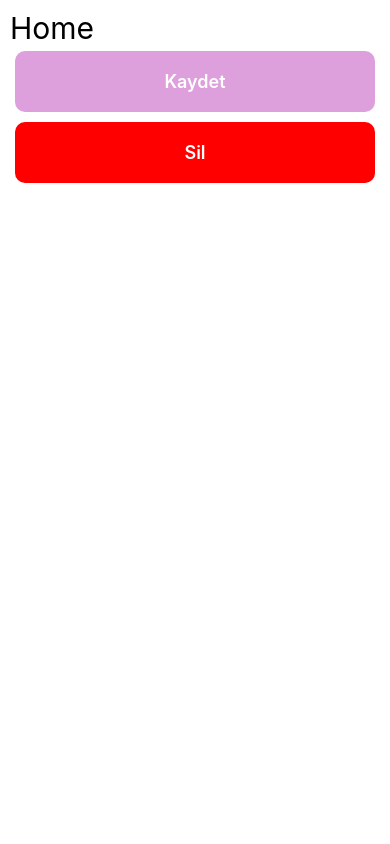
Repository: Kubraaygun/ReactNativeMVVM
Screen: /
These files come from the project's save history. The screen is drawn as it stood at one moment and after a run of saves; the edit follows.
The app was drawn by React Native's web renderer in a window 390 px wide. The project was rebuilt for these pictures with package versions that can differ from the ones it lists, and the page was loaded fresh each time.

Above is the screen before, as saved 2024-12-12 01:19:41.

### App.jsx
//import liraries
import React, {Component} from 'react';
import {View, Text, StyleSheet} from 'react-native';
import Home from './src/screens/home';

// create a component
const App = () => {
  return <Home />;
};

export default App;

### src/screens/home/index.jsx
//import liraries
import React, {Component} from 'react';
import {View, Text, StyleSheet, SafeAreaView, Alert} from 'react-native';
import Button from '../../components/ui/button';

// create a component
const Home = () => {
  return (
    <SafeAreaView style={styles.container}>
      <View style={styles.screen}>
        <Text style={{fontSize: 30}}>Home</Text>
        <Button
          status="success"
          onPress={() => Alert.alert('merhaba')}
          title="Kaydet"
        />
        <Button onPress={() => Alert.alert('merhaba')} title="Sil" />
      </View>
    </SafeAreaView>
  );
};

// define your styles
const styles = StyleSheet.create({
  container: {
    flex: 1,
    backgroundColor: '#fff',
    padding: 10,
  },
  screen: {
    padding: 10,
    flex: 1,
  },
});

//make this component available to the app
export default Home;

### src/components/ui/button.jsx
//import liraries
import React, {Component} from 'react';
import {View, Text, StyleSheet, TouchableOpacity, Alert} from 'react-native';

// create a component
const Button = props => {
  const {title, status} = props;
  return (
    <TouchableOpacity
      {...props}
      style={[
        styles.container,
        status == 'success' ? styles.success : styles.error,
      ]}>
      <Text style={styles.title}>{title}</Text>
    </TouchableOpacity>
  );
};

// define your styles
const styles = StyleSheet.create({
  container: {
    justifyContent: 'center',
    alignItems: 'center',
    backgroundColor: 'purple',
    padding: 20,
    borderRadius: 10,
    margin: 5,
  },

  success: {
    backgroundColor: 'plum',
  },
  error: {
    backgroundColor: 'red',
  },

  title: {
    color: 'white',
    fontWeight: '600',
    fontSize: 18,
  },
});

//make this component available to the app
export default Button;

After the next 2 saves:
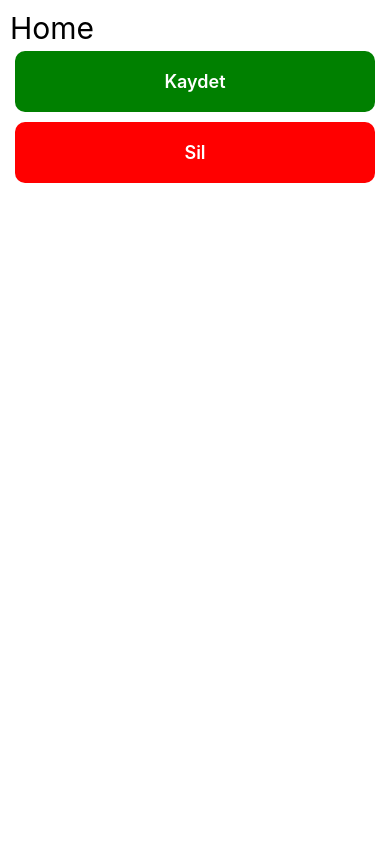
The 2 saves are shown as one change because they came seconds apart.
The last was saved 8 s later.
--- a/src/components/ui/button.jsx
+++ b/src/components/ui/button.jsx
@@ -29,7 +29,7 @@ const styles = StyleSheet.create({
   },
 
   success: {
-    backgroundColor: 'plum',
+    backgroundColor: 'green',
   },
   error: {
     backgroundColor: 'red',
